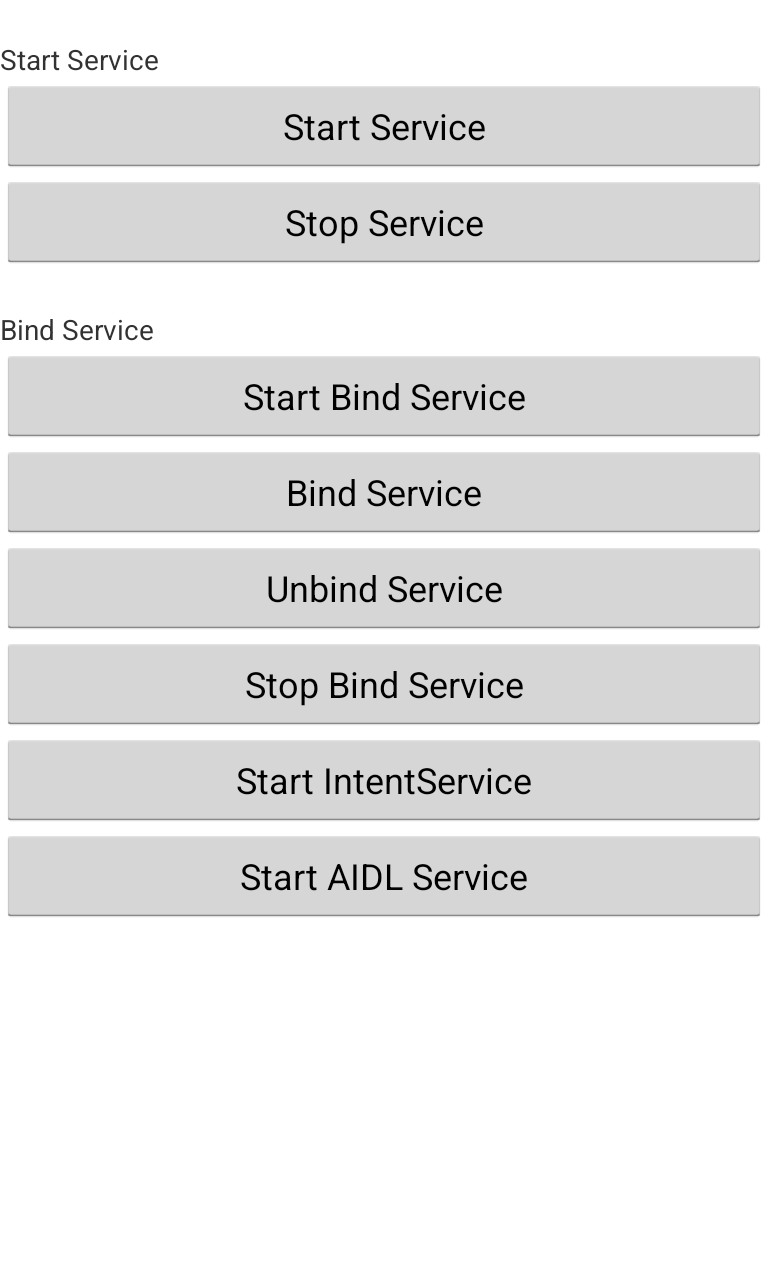
Repository: Liu-D-Henrry/Android
Layout: DemoService/res/layout/service_activity.xml
An editor plug-in stored every save of this project. The layout is shown before and after the next save, followed by the edit.
It is drawn on a 768 x 1280 px phone screen (xhdpi) without system bars, with theme AppTheme; the app's code is not run.

Above is the layout before, as saved 2013-09-01 10:26:36.

### DemoService/res/layout/service_activity.xml
<?xml version="1.0" encoding="utf-8"?>
<LinearLayout xmlns:android="http://schemas.android.com/apk/res/android"
    android:layout_width="match_parent"
    android:layout_height="match_parent"
    android:orientation="vertical" >

    <TextView
        android:layout_width="match_parent"
        android:layout_height="wrap_content"
        android:layout_marginTop="20dp"
        android:text="@string/startService" />
    <Button
        android:id="@+id/startService"
        android:layout_width="match_parent"
        android:layout_height="wrap_content"
        android:text="@string/startService" />
    <Button
        android:id="@+id/stopService"
        android:layout_width="match_parent"
        android:layout_height="wrap_content"
        android:text="@string/stopService" />

     <TextView
        android:layout_width="match_parent"
        android:layout_height="wrap_content"
        android:layout_marginTop="20dp"
        android:text="@string/bindService" />
    <Button
        android:id="@+id/startBindService"
        android:layout_width="match_parent"
        android:layout_height="wrap_content"
        android:text="@string/startBindService" />
    <Button
        android:id="@+id/bindService"
        android:layout_width="match_parent"
        android:layout_height="wrap_content"
        android:text="@string/bindService" />
    <Button
        android:id="@+id/unbindService"
        android:layout_width="match_parent"
        android:layout_height="wrap_content"
        android:text="@string/unbindService" />
    <Button
        android:id="@+id/stopBindService"
        android:layout_width="match_parent"
        android:layout_height="wrap_content"
        android:text="@string/stopBindService" />
    <Button
        android:id="@+id/startIntentService"
        android:layout_width="match_parent"
        android:layout_height="wrap_content"
        android:text="@string/startIntentService" />
    <Button
        android:id="@+id/startAIDLService"
        android:layout_width="match_parent"
        android:layout_height="wrap_content"
        android:text="@string/startAIDLService" />

</LinearLayout>

### DemoService/res/values/strings.xml
<?xml version="1.0" encoding="utf-8"?>
<resources>

    <string name="app_name">DemoService</string>
    <string name="action_settings">Settings</string>
    <string name="hello_world">Hello world!</string>

    <string name="startService">Start Service</string>
    <string name="stopService">Stop Service</string>
    <string name="bindService">Bind Service</string>
    <string name="unbindService">Unbind Service</string>
    <string name="startBindService">Start Bind Service</string>
    <string name="stopBindService">Stop Bind Service</string>
    <string name="startIntentService">Start IntentService</string>
    <string name="startAIDLService">Start AIDL Service</string>

</resources>

Loaded but not shown: DemoService/res/values/styles.xml (common file); DemoService/res/values-v11/styles.xml (common file); DemoService/res/values-v14/styles.xml (common file)

After the next save:
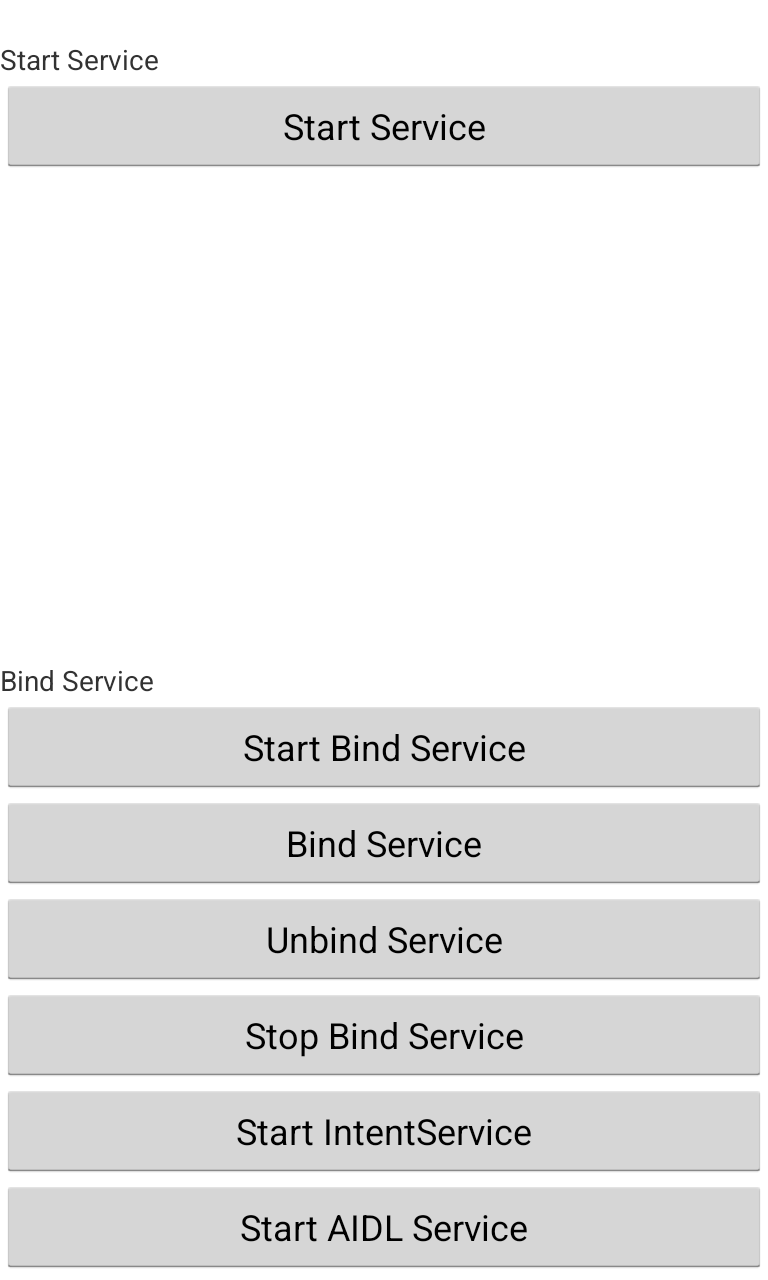
Saved 2 min 52 s later.
--- a/DemoService/res/layout/service_activity.xml
+++ b/DemoService/res/layout/service_activity.xml
@@ -9,16 +9,23 @@
         android:layout_height="wrap_content"
         android:layout_marginTop="20dp"
         android:text="@string/startService" />
-    <Button
-        android:id="@+id/startService"
+    <LinearLayout
         android:layout_width="match_parent"
         android:layout_height="wrap_content"
-        android:text="@string/startService" />
-    <Button
-        android:id="@+id/stopService"
-        android:layout_width="match_parent"
-        android:layout_height="wrap_content"
-        android:text="@string/stopService" />
+        android:orientation="horizontal" >
+
+    	<Button
+        	android:id="@+id/startService"
+        	android:layout_width="match_parent"
+        	android:layout_height="wrap_content"
+        	android:text="@string/startService" />
+    	<Button
+        	android:id="@+id/stopService"
+        	android:layout_width="match_parent"
+        	android:layout_height="wrap_content"
+        	android:text="@string/stopService" />
+
+    </LinearLayout>
 
      <TextView
         android:layout_width="match_parent"
